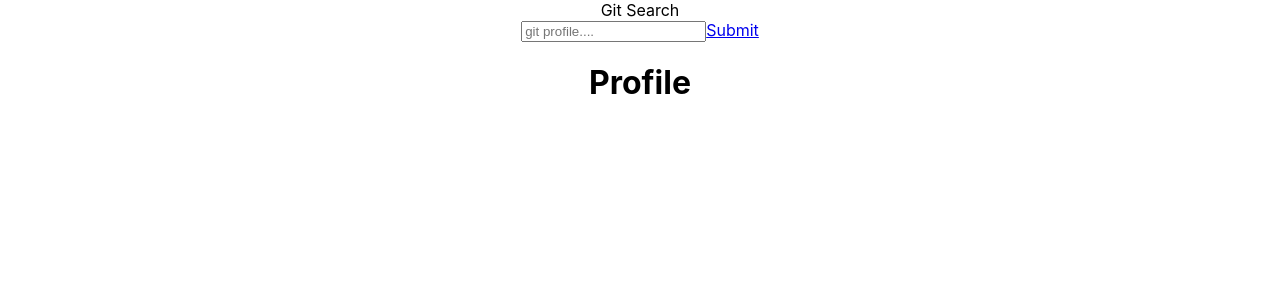
Repository: carlsopa/gitsearch
Page: / (app in gitsearch/)
An editor plug-in stored every save of this project. The page is shown before and after the next save, followed by the edit.
The browser window is 1280 px wide. The pictures show the whole page.
The project was rebuilt for these pictures with package versions that can differ from the ones it lists, and the page was loaded fresh each time.

Above is the page before, as saved 2020-06-22 20:46:16.

After the next save:
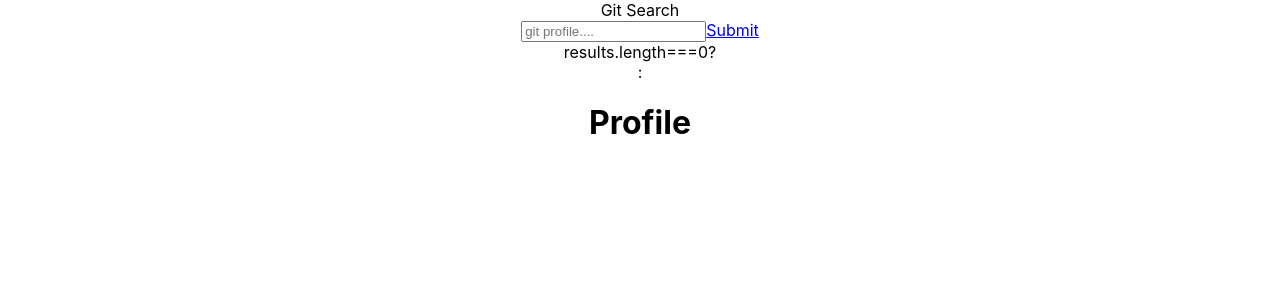
Saved 66 s later.
--- a/gitsearch/src/App.js
+++ b/gitsearch/src/App.js
@@ -2,6 +2,7 @@
 import './App.css';
 import Profile from './components/profile';
 import Repos from './components/repos';
+import Holder from './components/holder';
 
 
 function App() {
@@ -34,6 +35,7 @@
         <input type="text" id="gitSearch" placeholder="git profile...."/>
         <a href="#" onClick={(e)=>FetchUser()}>Submit</a>
       </header>
+      results.length===0?<Holder/>:
       <Profile/>
       <Repos/>
     </div>
